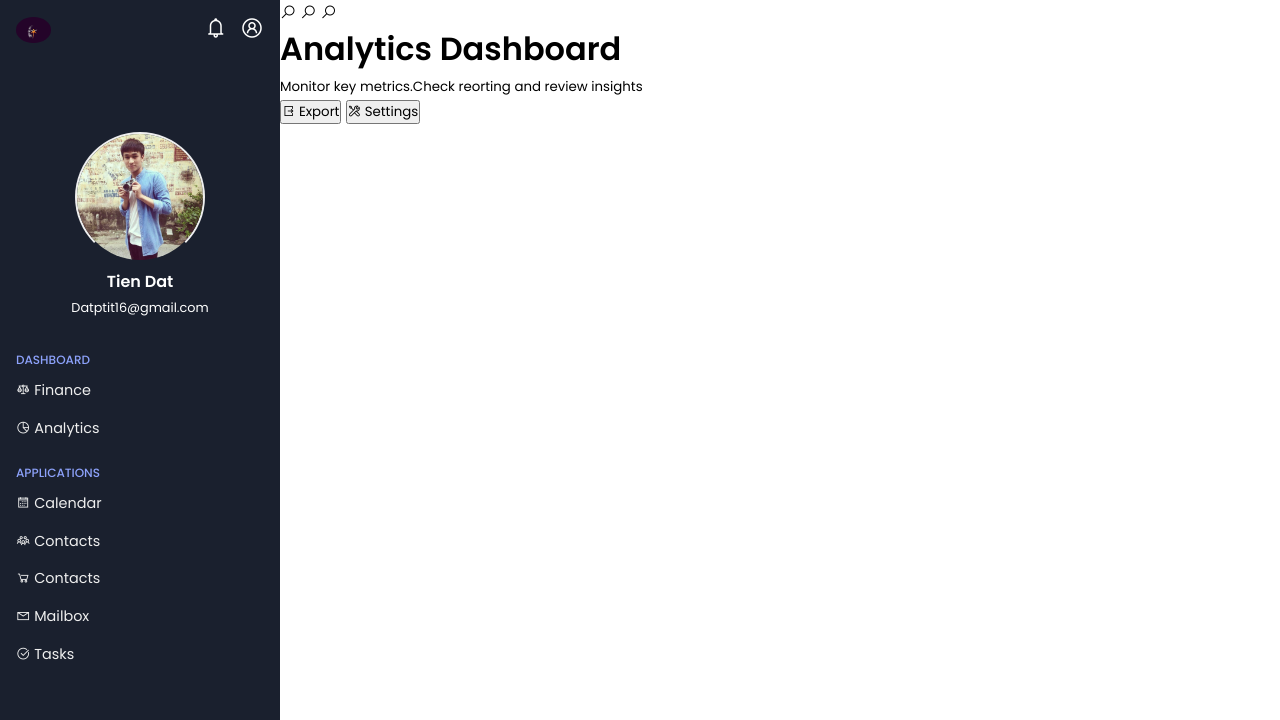
Repository: Datt21/dashboard-fe-project
Page: index.html
These files come from the project's save history. The page is drawn as it stood at one moment and after the next save; the edit follows.
The browser window is 1280 px wide. The pictures show the whole page.

Above is the page before, as saved 2021-06-08 14:36:22.

After the next save:
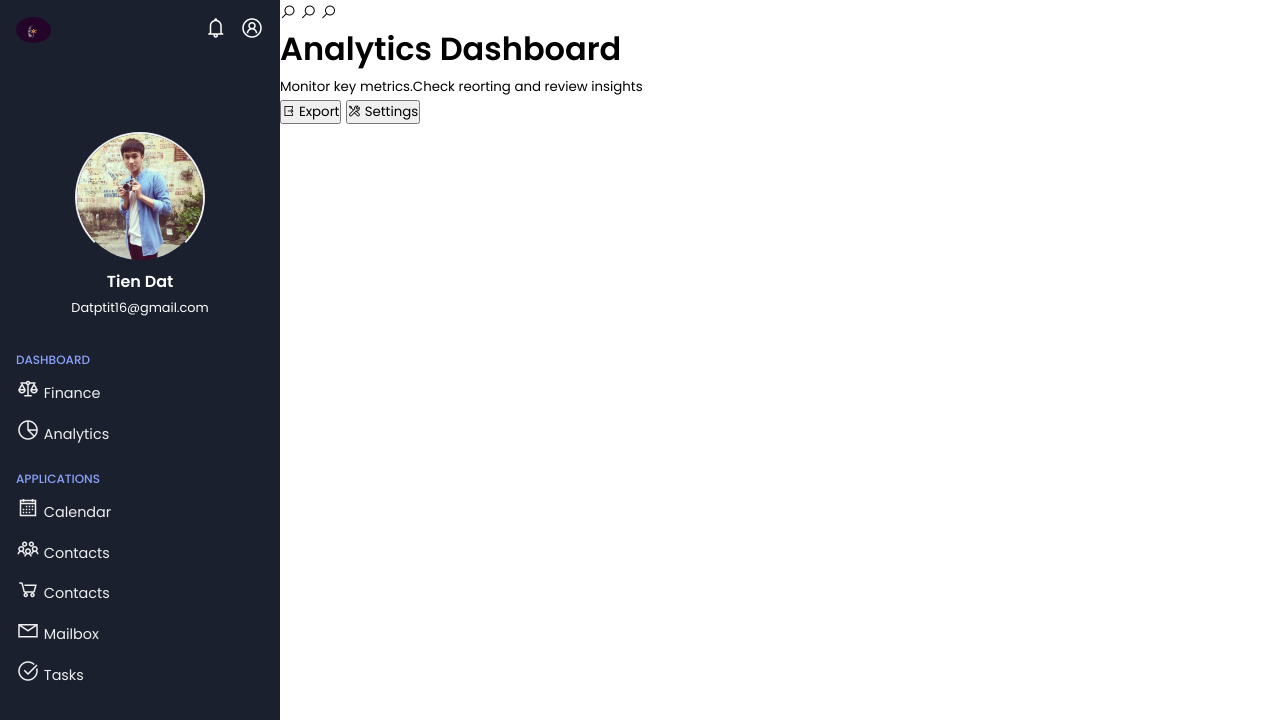
Saved 59 s later.
--- a/assets/css/style.css
+++ b/assets/css/style.css
@@ -92,6 +92,9 @@
     font-size: .9rem;
 }
 
+.sidebar__menu li a span{
+    font-size: 1.5rem;
+}
 
 .main__content{
     margin-left: 280px;
